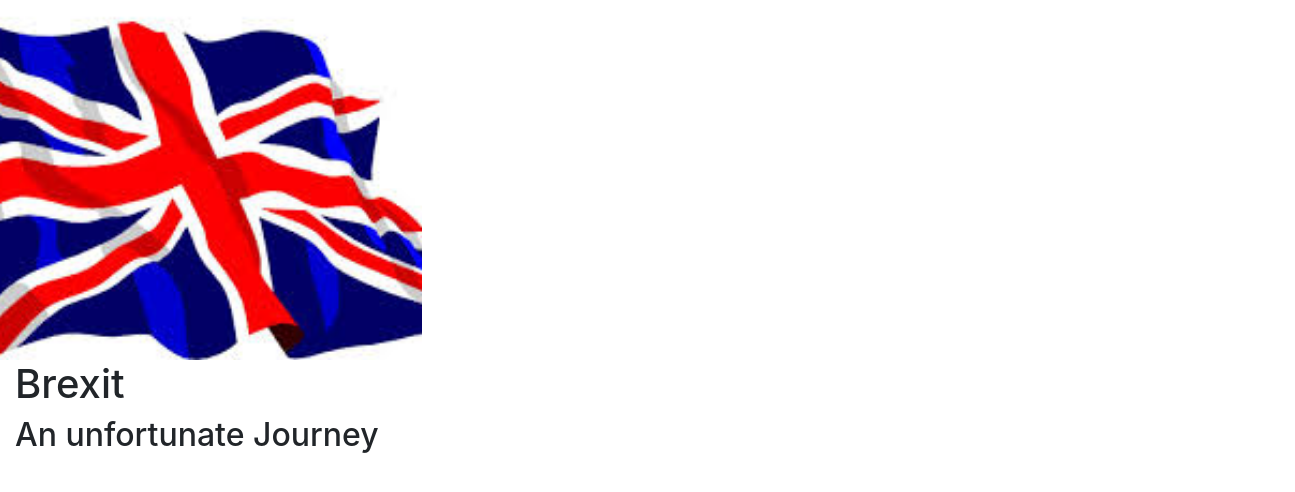
Repository: isiko1/Milestone_Project_One
Page: index.html
The author's editor kept a record of every edit. The page is drawn from the files as they stood at one moment, then again after the next edit.
The browser window is 1280 px wide. The page is 1295 px wide, so the pictures cover 1295 px, including what lies to the right of the window. The pictures show the whole page.
Some web fonts or font styles are not loaded; a fallback is used.

Above is the page before.

### index.html
<!DOCTYPE html>
<html lang="en">
<head>
    <meta charset="UTF-8">
    <meta name="viewport" content="width=device-width, initial-scale=1.0">
    <meta http-equiv="X-UA-Compatible" content="ie=edge">
    <link rel="stylesheet" href="https://stackpath.bootstrapcdn.com/bootstrap/4.3.1/css/bootstrap.min.css" type="text/css" />
    <link rel="stylesheet" href="https://stackpath.bootstrapcdn.com/font-awesome/4.7.0/css/font-awesome.min.css" type="text/css" />
    <link rel="stylesheet" href="info/css/style.css" type="text/css" />
    <title>Brexit - An unfortunate Journey</title>
</head>
<body>
    <header>
        <div class="row">
            <a href="index.html" class="col-md-4 logo">

            </a>
            </div>
            <div class="col-md-8">
                <div class="row">
                    <div class="col heading">
                        <h1 class="title">Brexit</h1>
                        <h2 class="subtitle">An unfortunate Journey</h2>

                    </div>
                </div>

        </div>
        <div>

        </div>

    </header>
    <section>

    </section>
    <footer>

    </footer>
</body>
</html>

### info/css/style.css
@import url('https://fonts.googleapis.com/css?family=Caveat:100,200,300,400,500,600,700|Tinos,100,200,300,400,500,600,700');

.bg-color-name-title {
    background-color: #b5abab;
}
header {
    margin: 0;
}

.logo {
    background-image: url("../images/eu.jpg");
    background-position: center;
    background-repeat: no-repeat;
    background-size: cover;
    min-height: 360px;
    transition: all .5s ease-in-out;
    -moz-transition: all .5s ease-in-out;
    -o-transition: all .5s ease-in-out;
    -webkit-transition: all .5s ease-in-out;
}
.logo:hover {
    background-image: url("../images/uk.jpg");
    background-size: cover;
    min-height: 360px;
    margin: 0;
    animation-name: appearing;
    animation-duration: 10s;
    animation-timing-function: ease-in-out;
    animation-fill-mode: cover;
    animation-iteration-count: infinite;
    animation-direction: alternate;
}

@keyframes appearing {
    from {
        height: 0;
    }
    to {
        height: 360px;
    }
}
.bg-color-name-title

After the next edit:
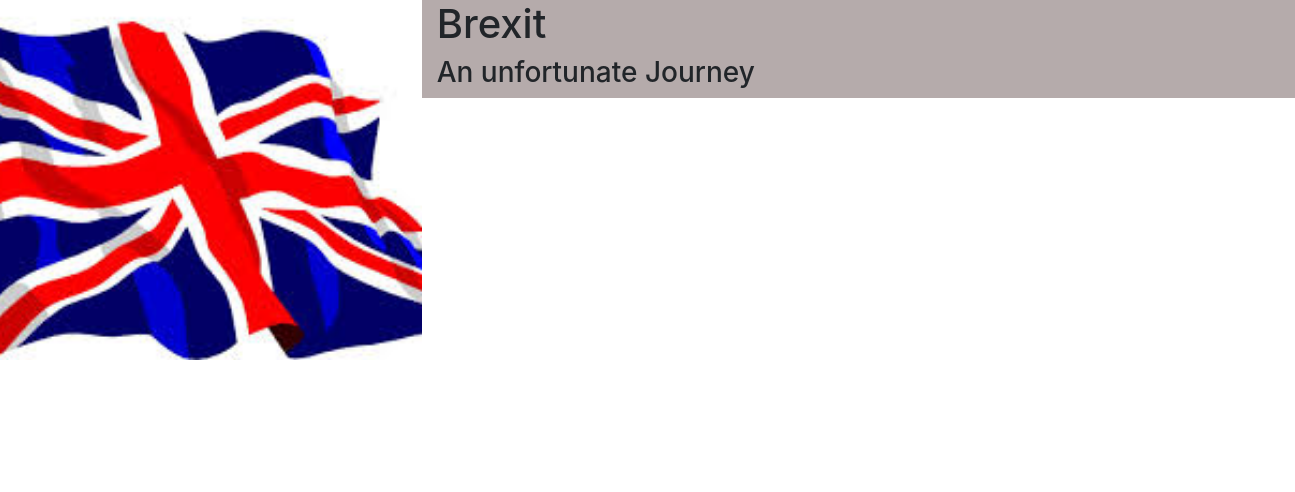
The edit:
--- a/index.html
+++ b/index.html
@@ -1,5 +1,6 @@
 <!DOCTYPE html>
 <html lang="en">
+
 <head>
     <meta charset="UTF-8">
     <meta name="viewport" content="width=device-width, initial-scale=1.0">
@@ -9,26 +10,26 @@
     <link rel="stylesheet" href="info/css/style.css" type="text/css" />
     <title>Brexit - An unfortunate Journey</title>
 </head>
+
 <body>
     <header>
         <div class="row">
             <a href="index.html" class="col-md-4 logo">
 
             </a>
-            </div>
             <div class="col-md-8">
-                <div class="row">
+                <div class="row bg-color-name-title">
                     <div class="col heading">
                         <h1 class="title">Brexit</h1>
-                        <h2 class="subtitle">An unfortunate Journey</h2>
+                        <h3 class="subtitle">An unfortunate Journey</h3>
 
                     </div>
                 </div>
 
-        </div>
-        <div>
+            </div>
+            <div>
 
-        </div>
+            </div>
 
     </header>
     <section>
@@ -38,4 +39,5 @@
 
     </footer>
 </body>
+
 </html>
